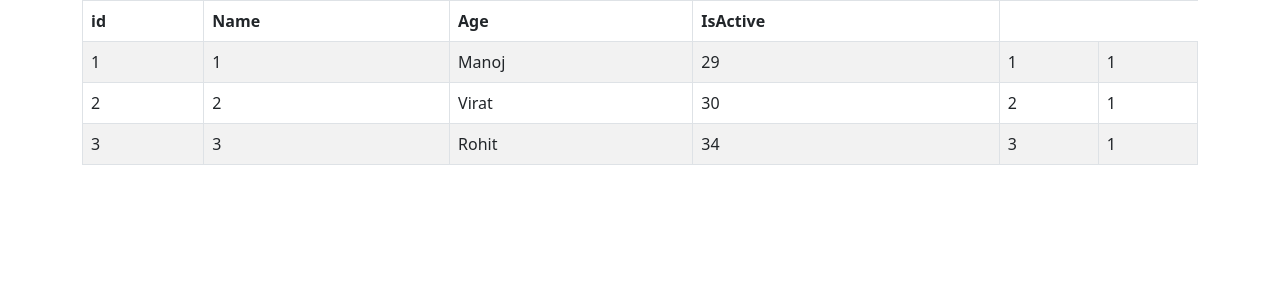
Repository: huiyyee/sample-crud
Page: / (app in sample-crud/ClientApp/)
An editor plug-in stored every save of this project. The page is shown before and after a run of saves, followed by the edit.
The browser window is 1280 px wide. The pictures show the whole page.
The project was rebuilt for these pictures with package versions that can differ from the ones it lists, and the page was loaded fresh each time. Also part of the build but not shown: sample-crud/ClientApp/src/custom.css.

Above is the page before, as saved 2024-09-04 15:53:01.

### sample-crud/ClientApp/public/index.html
<!DOCTYPE html>
<html lang="en">
  <head>
    <meta charset="utf-8">
    <meta name="viewport" content="width=device-width, initial-scale=1, shrink-to-fit=no">
    <meta name="theme-color" content="#000000">
    <base href="%PUBLIC_URL%/" />
    <!--
      manifest.json provides metadata used when your web app is added to the
      homescreen on Android. See https://developers.google.com/web/fundamentals/engage-and-retain/web-app-manifest/
    -->
    <link rel="manifest" href="%PUBLIC_URL%/manifest.json">
    <link rel="shortcut icon" href="%PUBLIC_URL%/favicon.ico">
    <!--
      Notice the use of %PUBLIC_URL% in the tags above.
      It will be replaced with the URL of the `public` folder during the build.
      Only files inside the `public` folder can be referenced from the HTML.

      Unlike "/favicon.ico" or "favicon.ico", "%PUBLIC_URL%/favicon.ico" will
      work correctly both with client-side routing and a non-root public URL.
      Learn how to configure a non-root public URL by running `npm run build`.
    -->
    <title>sample_crud</title>
  </head>
  <body>
    <noscript>
      You need to enable JavaScript to run this app.
    </noscript>
    <div id="root"></div>
    <!--
      This HTML file is a template.
      If you open it directly in the browser, you will see an empty page.

      You can add webfonts, meta tags, or analytics to this file.
      The build step will place the bundled scripts into the <body> tag.

      To begin the development, run `npm start` or `yarn start`.
      To create a production bundle, use `npm run build` or `yarn build`.
    -->
  </body>
</html>

### sample-crud/ClientApp/src/index.js
import 'bootstrap/dist/css/bootstrap.css';
import React from 'react';
import { createRoot } from 'react-dom/client';
import { BrowserRouter } from 'react-router-dom';
import App from './App.js';

const baseUrl = document.getElementsByTagName('base')[0].getAttribute('href');
const rootElement = document.getElementById('root');
const root = createRoot(rootElement);

root.render(
  <BrowserRouter basename={baseUrl}>
    <App />
  </BrowserRouter>);

### sample-crud/ClientApp/src/App.js
import React, { Component } from 'react';
import { Route, Routes } from 'react-router-dom';
import { Layout } from './components/Layout.js';
import CRUD from './CRUD.js';
import './custom.css';

export default class App extends Component {
  static displayName = App.name;

  render() {
    return (
      <Layout>
        <div className="App">
          <CRUD />
        </div>
      </Layout>
    );
  }
}

### sample-crud/ClientApp/src/components/Layout.js
import React, { Component } from 'react';
import { Container } from 'reactstrap';
// import { NavMenu } from './NavMenu.js';

export class Layout extends Component {
  static displayName = Layout.name;

  render() {
    return (
      <div>
        {/* <NavMenu /> */}
        <Container>
          {this.props.children}
        </Container>
      </div>
    );
  }
}

### sample-crud/ClientApp/src/CRUD.js
import React,{useState,useEffect,Fragment} from "react";
import {Table} from "react-bootstrap";
import 'bootstrap/dist/css/bootstrap.min.css';

const CRUD = () => {
	const empdata = [
		{
			id:1,
			name:'Manoj',
			age:29,
			isActive:1
		},
		{
			id:2,
			name:'Virat',
			age:30,
			isActive:1
		},
		{
			id:3,
			name:'Rohit',
			age:34,
			isActive:1
		}
	]

	const [data, setData] = useState([]);

	useEffect(() => {
		setData(empdata);
	}, [])

	return(
		<Fragment>
			<Table striped bordered hover>
				<thead>
					<tr>
						<th>id</th>
						<th>Name</th>
						<th>Age</th>
						<th>IsActive</th>
					</tr>
				</thead>
				<tbody>
					{
						data && data.length > 0 ?
							data.map((item,index) => {
								return(
                                    <tr key={index}>
										<td>{index + 1}</td>
                                        <td>{item.id}</td>
                                        <td>{item.name}</td>
                                        <td>{item.age}</td>
										<td>{item.id}</td>
                                        <td>{item.isActive}</td>
                                    </tr>
                                )
							})
							:'Loading..'
					}
				</tbody>
			</Table>
		</Fragment>
	)
}

export default CRUD;

After the next 2 saves:
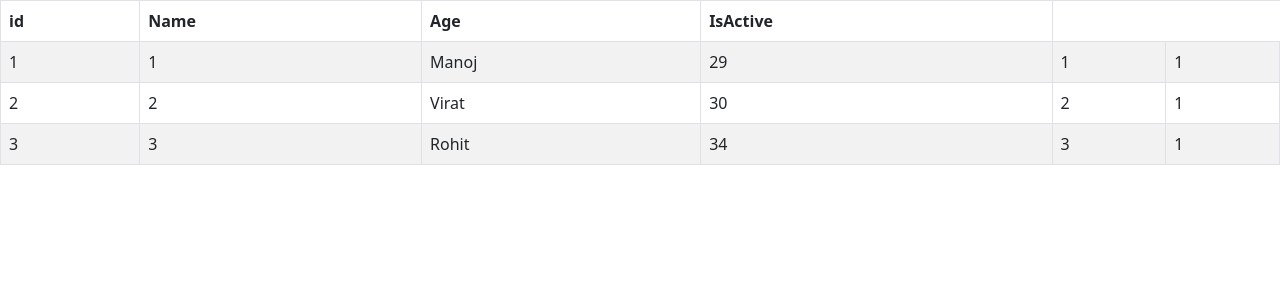
The 2 saves are shown as one change because they came seconds apart.
The last was saved 38 s later.
--- a/sample-crud/ClientApp/src/App.js
+++ b/sample-crud/ClientApp/src/App.js
@@ -9,11 +9,11 @@ export default class App extends Component {
 
   render() {
     return (
-      <Layout>
+      // <Layout>
         <div className="App">
           <CRUD />
         </div>
-      </Layout>
+      // </Layout>
     );
   }
 }
